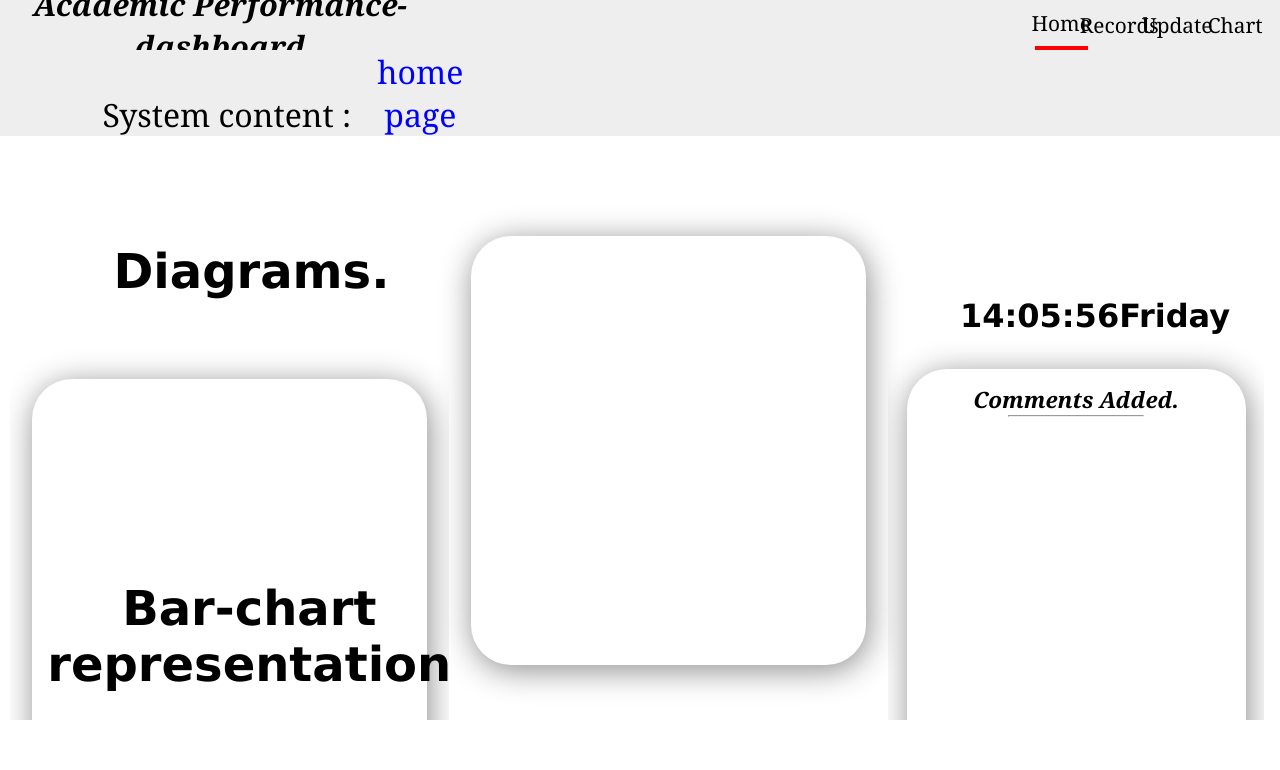
Repository: 3x3cu7er/Shax_001
Page: http://localhost/xmain/
The author's editor kept a copy of each file at every save. The page is drawn from the files as they stood at one save, then again after the next save.
The browser window is 1280 px wide. The pictures show the whole page.
An inner scrolling area shows only its first screen. The page is served by the project's application, run on Django 4.2 (manage.py). Other server files are loaded and not shown.

Above is the page before, as saved 2024-01-19 18:05:50.
Console error (its wording comes from the project's code and is left out).

### _3x3c47er_Sino_sys/template/xmain.html
{% load static %}
<!DOCTYPE html>
<html lang="en">
  <head>
    <meta charset="UTF-8" />
    <meta name="viewport" content="width=device-width, initial-scale=1.0" />
    <title>...</title>
    <link rel="stylesheet" href="{% static '/css/xmain.css'%}" />
  </head>
  <body>
    <div class="container">
      <!-- navigation system -->
      <div class="nav">
        <div class="logo">
          <h5>Academic Performance-dashboard</h5>
          <a class="loc">show menu</a>
        </div>

        <div class="links">
          <a href="{% url 'xlanding'%}" class="under">Home</a>
          <a href="{% url 'temp_access_student'%}">Records</a>
          <a href="{% url 'xupdate'%}">Update</a>
          <a href="#later">Chart</a>
        </div>
      </div>
      <div class="elements">
        <a href="{% url 'xlanding'%}" class="under">Home</a>
        <a href="{% url 'temp_access_student'%}">Records</a>
        <a href="{% url 'xupdate'%}">Update</a>
        <a href="#later">Alerts</a>
      </div>
      <!-- platforms -->
      <div class="label">
        <h1>
          <p>System content :</p>
        </h1>
      </div>

      <div class="platforms">
        <!-- top section -->

        <div class="section" class="elements">
          <!-- right -->
          <div class="rigthSide">
            <div class="flex">
              <h4>Diagrams.</h4>
              <div class="data">
                <div class="graph">
                  <canvas id="net"></canvas>
                  <h4>Bar-chart representation</h4>
                </div>
              </div>
              <div class="data">
                <canvas id="tracking"></canvas>
              </div>
            </div>
          </div>
          <!-- middle -->
          <div class="middleContent">
            <div class="data" id="top">
              <div class="graph">
                <canvas id="pie"></canvas>
              </div>
            </div>
            <div class="data" id="bottom">
              <div class="graph">
                <canvas id="scatter"></canvas>
              </div>
            </div>
          </div>
          <!-- left -->

          <div class="leftSide">
            <div class="time">
              <h4>
                <span class="hr">00</span>:<span class="min">00</span>:<span
                  class="sec"
                  >00 :</span
                >
              </h4>

              <h4 class="dy">day</h4>
            </div>
            <div class="data" id="comments">
              <h4>Comments Added.</h4>
              <hr />

              {% for content in comment%}
              <li class="id">
                <ol>
                  <div class="sub">{{content}}</div>
                </ol>
              </li>
              {%endfor%}
            </div>
          </div>
        </div>
        <div class="context">
          <div class="subCOntext">
            <div class="scroll">
              <!-- {% for item in sh%}
              <ul>
                {{item}}
              </ul>
              <br /><br />
              {%endfor%} -->
              <div class="part">
                <img src="/static/css/icons/spy.svg" alt="" />
                <h3>User -Summary.</h3>

                <hr />
                <h4>Total datasets : <span>{{tcourse}}</span></h4>
                <h4>
                  The plt<sub>id</sub> corresponds to the recordID in the corses
                  undertaken.
                </h4>
                <h4>
                  plt -<sup>-</sup>-<sub>-</sub> average performance for the
                  record.
                </h4>
              </div>
              <!-- <div class="part">
                <img src="/static/undraw_emails_re_cqen.svg" alt="" />
                <h3>Notification.</h3>
                <hr />
              </div> -->
              <div class="part">
                <img src="/static/css/icons/chart.svg" alt="" />
                <h3>Performance -Summary.</h3>
                <hr />
                <h4>Total score : <span>{{tcwa}}</span></h4>
                <h4>Your status : <span>{{com}}</span></h4>
              </div>
            </div>
          </div>
        </div>
        <div class="design">
          <div class="">
            <img src="/static/css/icons/academic.svg" alt="" />
            <h1>Records.</h1>
          </div>
          <div class="">
            <img src="/static/css/icons/main2.svg" alt="" />
            <h1>Predictions.</h1>
          </div>
        </div>
        <!-- student details -->
        <div class="section" id="details">
          <div class="details">
            <h4>Courses Undertaken</h4>
            <hr />
            <div class="table">
              <div class="thead">
                <div class="name">Record-ID</div>
                <div class="name">Course</div>
                <div class="name">Refrence</div>
                <div class="name">CWA</div>
              </div>

              {%for rec in record%}
              <div class="value">
                <h5>{{rec.recordID}}</h5>
                <h5>{{rec.course}}</h5>
                <h5>{{rec.reference}}</h5>
                <h5>{{rec.cwa}}</h5>
              </div>
              {%endfor%}

              <!-- <div class="all">

                <li>{{rec.semester}}</li>

              </div> -->
            </div>
          </div>
          <div class="details">
            <h4>Predictions for the student.</h4>
            <hr />

            <div class="prediction">
              <h5>{{predicted_score}}</h5>
              <h5>Total AVERAGE score :{{average}}<span>%</span>.</h5>

              <h5>Student would have :{{recommendation}} performance.</h5>
            </div>
            <!-- <div class="form">
              <h2>Comment Form</h2>
              <hr />
              <form action="" method="post">
                {% csrf_token %}
                <div class="formItem">
                  <label for="">Content ID :</label>
                  <input type="text" name="comID" placeholder="I D.." />
                </div>
                <div class="formItem">
                  <label for="">Label:</label>
                  <input type="text" name="label" placeholder="give label.." />
                </div>
                <div class="formItem">
                  <label for="">Main content :</label>
                  <textarea
                    name="message"
                    placeholder="Write to add to content."
                    id="writings"
                  ></textarea>
                </div>
                <div class="formItem">
                  <input type="submit" value="Add content" />
                </div>
              </form>
            </div> -->
          </div>
        </div>
        <!-- later -->
        <!-- <div class="search">
          <form action="" method="get">
            {% csrf_token %}
            <input
              type="text"
              placeholder="level.."
              name="request"
              id="search"
            />
            <input
              type="text"
              placeholder="semester.."
              name="semReq"
              id="search"
            />
            <input type="submit" value="Check" name="searchBtn" id="btn" />
          </form>
        </div> -->
        <div class="formContainer">
          <h1>Enter your user ID..</h1>
          <div class="search">
            <form action="" method="get">
              {% csrf_token %}
              <input
                type="text"
                placeholder="Student's  ID.."
                name="search"
                id="search"
              />
              <input type="submit" value="Check" name="searchBtn" id="btn" />
            </form>
          </div>
        </div>
        <div class="design">
          <div class="">
            <img src="/static/css/icons/analytics.svg" alt="" />
            <h1>Performance tracking.</h1>
            <hr />
          </div>
        </div>
        <div class="section" id="later">
          <!-- graph page -->
          <div class="graph">
            <canvas id="dataRep"></canvas>
          </div>
        </div>
      </div>
    </div>
    <script src="{% static '/js/time1.js'%}"></script>
    <script src="https://cdn.jsdelivr.net/npm/chart.js"></script>
    <script>
      const ctx = document.getElementById("dataRep");
      const pie = document.getElementById("pie");
      const scatter = document.getElementById("scatter");
      const tracking = document.getElementById("tracking");
      const net = document.getElementById("net");
      //pl1 = JSON.parse("{{pl1|escapejs}}");
      //pl2 = JSON.parse("{{fs2|escapejs}}");
      //ss1 = JSON.parse("{{ss1|escapejs}}");
      //ss2 = JSON.parse("{{ss2|escapejs}}");
      //ts1 = JSON.parse("{{ts1|escapejs}}");
      //ts2 = JSON.parse("{{ts2|escapejs}}");
      //fors1 = JSON.parse("{{fors1|escapejs}}");
      //fors2 = JSON.parse("{{fors2|escapejs}}");
      graphData = JSON.parse("{{graphData|escapejs}}");
      graphData1 = JSON.parse("{{graphData1|escapejs}}");
      const loca = document.querySelector(".loc");
      const elements = document.querySelector(".elements");

      // ########################
      loca.addEventListener("click", function () {
        elements.style.display = "block";
      });

      //line chart
      new Chart(ctx, {
        type: "line",
        data: {
          labels: [
            "plt1",
            "plt2",
            "plt3",
            "plt4",
            "plt5",
            "plt6",
            "plt7",
            "plt8",
            "plt9",
            "plt10",
            "plt11",
            "plt12",
            "plt13",
            "plt14",
            "plt15",
            "plt16",
            "plt17",
            "plt18",
            "plt19",
            "plt20",
            "plt21",
            "plt22",
            "plt23",
            "plt24",
            "plt25",
            "plt26",
            "plt27",
            "plt28",
            "plt29",
            "plt30",
            "plt31",
            "plt32",
            "plt33",
            "plt34",
            "plt35",
            "plt36",
            "plt37",
            "plt38",
            "plt39",
            "plt40",
            "plt41",
            "plt42",
            "plt43",
            "plt44",
            "plt45",
            "plt46",
            "plt47",
            "plt48",
            "plt49",
            "plt50",
            "plt51",
            "plt52",
            "plt53",
            "plt54",
            "plt55",
            "plt56",
            "plt57",
            "plt58",
            "plt59",
            "plt60",
          ],
          datasets: [
            {
              label: "Performance rate.",
              data: graphData,
              borderWidth: 1,
            },
          ],
        },
        options: {
          scales: {
            y: {
              beginAtZero: true,
            },
          },
        },
      });
      //net chart
      new Chart(net, {
        type: "bar",
        data: {
          labels: [
            "plt1",
            "plt2",
            "plt3",
            "plt4",
            "plt5",
            "plt6",
            "plt7",
            "plt8",
            "plt9",
            "plt10",
            "plt11",
            "plt12",
            "plt13",
            "plt14",
            "plt15",
            "plt16",
            "plt17",
            "plt18",
            "plt19",
            "plt20",
            "plt21",
            "plt22",
            "plt23",
            "plt24",
            "plt25",
            "plt26",
            "plt27",
            "plt28",
            "plt29",
            "plt30",
            "plt31",
            "plt32",
            "plt33",
            "plt34",
            "plt35",
            "plt36",
            "plt37",
            "plt38",
            "plt39",
            "plt40",
            "plt41",
            "plt42",
            "plt43",
            "plt44",
            "plt45",
            "plt46",
            "plt47",
            "plt48",
            "plt49",
            "plt50",
            "plt51",
            "plt52",
            "plt53",
            "plt54",
            "plt55",
            "plt56",
            "plt57",
            "plt58",
            "plt59",
            "plt60",
          ],
          datasets: [
            {
              label: "Performance rate.",
              data: graphData,
              borderWidth: 1,
            },
          ],
        },
        options: {
          scales: {
            y: {
              beginAtZero: true,
            },
          },
        },
      });
      //tracking chart
      new Chart(tracking, {
        type: "polarArea",
        data: {
          labels: [
            "plt1",
            "plt2",
            "plt3",
            "plt4",
            "plt5",
            "plt6",
            "plt7",
            "plt8",
            "plt9",
            "plt10",
            "plt11",
            "plt12",
            "plt13",
            "plt14",
            "plt15",
            "plt16",
            "plt17",
            "plt18",
            "plt19",
            "plt20",
            "plt21",
            "plt22",
            "plt23",
            "plt24",
            "plt25",
            "plt26",
            "plt27",
            "plt28",
            "plt29",
            "plt30",
            "plt31",
            "plt32",
            "plt33",
            "plt34",
            "plt35",
            "plt36",
            "plt37",
            "plt38",
            "plt39",
            "plt40",
            "plt41",
            "plt42",
            "plt43",
            "plt44",
            "plt45",
            "plt46",
            "plt47",
            "plt48",
            "plt49",
            "plt50",
            "plt51",
            "plt52",
            "plt53",
            "plt54",
            "plt55",
            "plt56",
            "plt57",
            "plt58",
            "plt59",
            "plt60",
          ],
          datasets: [
            {
              label: "Tracking",
              data: graphData,
              borderWidth: 1,
            },
          ],
        },
        options: {
          scales: {
            y: {
              beginAtZero: true,
            },
          },
        },
      });
      //pie
      new Chart(pie, {
        type: "doughnut",
        data: {
          labels: [
            "plt1",
            "plt2",
            "plt3",
            "plt4",
            "plt5",
            "plt6",
            "plt7",
            "plt8",
            "plt9",
            "plt10",
            "plt11",
            "plt12",
            "plt13",
            "plt14",
            "plt15",
            "plt16",
            "plt17",
            "plt18",
            "plt19",
            "plt20",
            "plt21",
            "plt22",
            "plt23",
            "plt24",
            "plt25",
            "plt26",
            "plt27",
            "plt28",
            "plt29",
            "plt30",
            "plt31",
            "plt32",
            "plt33",
            "plt34",
            "plt35",
            "plt36",
            "plt37",
            "plt38",
            "plt39",
            "plt40",
            "plt41",
            "plt42",
            "plt43",
            "plt44",
            "plt45",
            "plt46",
            "plt47",
            "plt48",
            "plt49",
            "plt50",
            "plt51",
            "plt52",
            "plt53",
            "plt54",
            "plt55",
            "plt56",
            "plt57",
            "plt58",
            "plt59",
            "plt60",
          ],
          datasets: [
            {
              label: "Oval display.",
              data: graphData,
              borderWidth: 1,
            },
          ],
        },
        options: {
          scales: {
            y: {
              beginAtZero: true,
            },
          },
        },
      });
      //scatter plot
      new Chart(scatter, {
        type: "scatter",
        data: {
          labels: [
            "plt1",
            "plt2",
            "plt3",
            "plt4",
            "plt5",
            "plt6",
            "plt7",
            "plt8",
            "plt9",
            "plt10",
            "plt11",
            "plt12",
            "plt13",
            "plt14",
            "plt15",
            "plt16",
            "plt17",
            "plt18",
            "plt19",
            "plt20",
            "plt21",
            "plt22",
            "plt23",
            "plt24",
            "plt25",
            "plt26",
            "plt27",
            "plt28",
            "plt29",
            "plt30",
            "plt31",
            "plt32",
            "plt33",
            "plt34",
            "plt35",
            "plt36",
            "plt37",
            "plt38",
            "plt39",
            "plt40",
            "plt41",
            "plt42",
            "plt43",
            "plt44",
            "plt45",
            "plt46",
            "plt47",
            "plt48",
            "plt49",
            "plt50",
            "plt51",
            "plt52",
            "plt53",
            "plt54",
            "plt55",
            "plt56",
            "plt57",
            "plt58",
            "plt59",
            "plt60",
          ],
          datasets: [
            {
              label: "Scattered display.",
              data: graphData,
              borderWidth: 1,
            },
          ],
        },
        options: {
          scales: {
            y: {
              beginAtZero: true,
            },
          },
        },
      });
    </script>
  </body>
</html>

### _3x3c47er_Sino_sys/_hadez_/views.py
from django.shortcuts import render

# Create your views here.
# system navs


def x1(request):
    return render(request, "xterminal.html")


# system navs
def x2(request):
    return render(request, "xupdate.html")


# system navs
def x3(request):
    return render(request, "xbase.html")


# system navs
def x4(request):
    return render(request, "xmain.html")


# system navs
def x5(request):
    return render(request, "sys_manage.html")


# system navs
def x6(request):
    return render(request, "root_parent.html")


# system navs
def x7(request):
    return render(request, "dash_content_overview.html")


# system navs
def x8(request):

    # if request.method == 'POST':
    #     uname = '*****'
    #     addr = 'account@mail.com'
    #     refnum = '**********'
    #     commentRef = request.POST.get('comID')
    #     label = request.POST.get('label')
    #     message = request.POST.get('message')
    #     newComment = comments(commentID=commentRef, label=label, details=message)
    #     newComment.save()

    if request.method == 'GET':
        uname = '*****'
        addr = 'account@mail.com'
        refnum = '**********'
        ref = request.GET.get('search')
        # users = userCredentials.objects.all()
        # for userAccount in users:
        #     if str(userAccount.referenceNumber) == str(ref):
        #         print('yh..')
        #         uname = userAccount.uname
        #         addr = userAccount.Address
        #         refnum = userAccount.referenceNumber

    return render(request, 'xlanding.html', {'uname':uname, 'addr':addr, 'refnum':refnum})


# system navs
def x9(request):
    return render(request, "xhome.html")


# system navs
def x10(request):
    return render(request, "board_confg.html")


# system navs
def x11(request):
    return render(request, "temp_access_stud.html")


# system navs
def x12(request):
    return render(request, "xactive.html")


# system navs
def x13(request):
    return render(request, "xplatform.html")


# system navs
def x14(request):
    return render(request, "sys_major.html")

### _3x3c47er_Sino_sys/_3x3c47er_Sino_sys/urls.py
"""_3x3c47er_Sino_sys URL Configuration

The `urlpatterns` list routes URLs to views. For more information please see:
    https://docs.djangoproject.com/en/4.0/topics/http/urls/
Examples:
Function views
    1. Add an import:  from my_app import views
    2. Add a URL to urlpatterns:  path('', views.home, name='home')
Class-based views
    1. Add an import:  from other_app.views import Home
    2. Add a URL to urlpatterns:  path('', Home.as_view(), name='home')
Including another URLconf
    1. Import the include() function: from django.urls import include, path
    2. Add a URL to urlpatterns:  path('blog/', include('blog.urls'))
"""
from django.contrib import admin
from django.urls import path, include

urlpatterns = [
    path('admin/', admin.site.urls),
    path("", include("_hadez_.urls")),
    path("xterminal/", include("_hadez_.urls")),
    path('main/', include('_hadez_.urls')),
    path('update-my-data/', include('_hadez_.urls')),
    path('records/', include('_hadez_.urls')),
    path('menu/', include('_hadez_.urls')),
    path('monitor/', include('_hadez_.urls')),
    path('platform/', include('_hadez_.urls')),
]

### _3x3c47er_Sino_sys/_hadez_/urls.py
from django.urls import path
from . import views
urlpatterns = [
    path("", views.x1, name="xterminal"),
    path("xterminal/", views.x1, name="xterminal"),
    path("xupdate/", views.x2, name="xupdate"),
    path("xbase/", views.x3, name="xbase"),
    path("xmain/", views.x4, name="xmain"),
    path("sys_manage/", views.x5, name="sys_manage"),
    path("root_parent/", views.x6, name="root_parent"),
    path("dash_content_overview/", views.x7, name="dash_content_overview"),
    path("xlanding/", views.x8, name="xlanding"),
    path("xhome/", views.x9, name="xhome"),
    path("board_confg/", views.x10 , name="board_confg"),
    path("temp_access_student/", views.x11 , name="temp_access_student"),
    path("xactive/", views.x12 , name="xactive"),
    path("xplatform/", views.x13 , name="xplatform"),
    path("sys_major/", views.x14 , name="sys_major"),
]

Loaded but not shown: _3x3c47er_Sino_sys/static/css/icons/academic.svg (1 lines, source omitted); _3x3c47er_Sino_sys/static/css/icons/chart.svg (1 lines, source omitted); _3x3c47er_Sino_sys/static/css/icons/analytics.svg (1 lines, source omitted); _3x3c47er_Sino_sys/static/css/icons/main2.svg (1 lines, source omitted); _3x3c47er_Sino_sys/static/css/icons/spy.svg (1 lines, source omitted); _3x3c47er_Sino_sys/static/js/time1.js (52 lines, source omitted); _3x3c47er_Sino_sys/static/css/xmain.css (930 lines, source omitted)

After the next save:
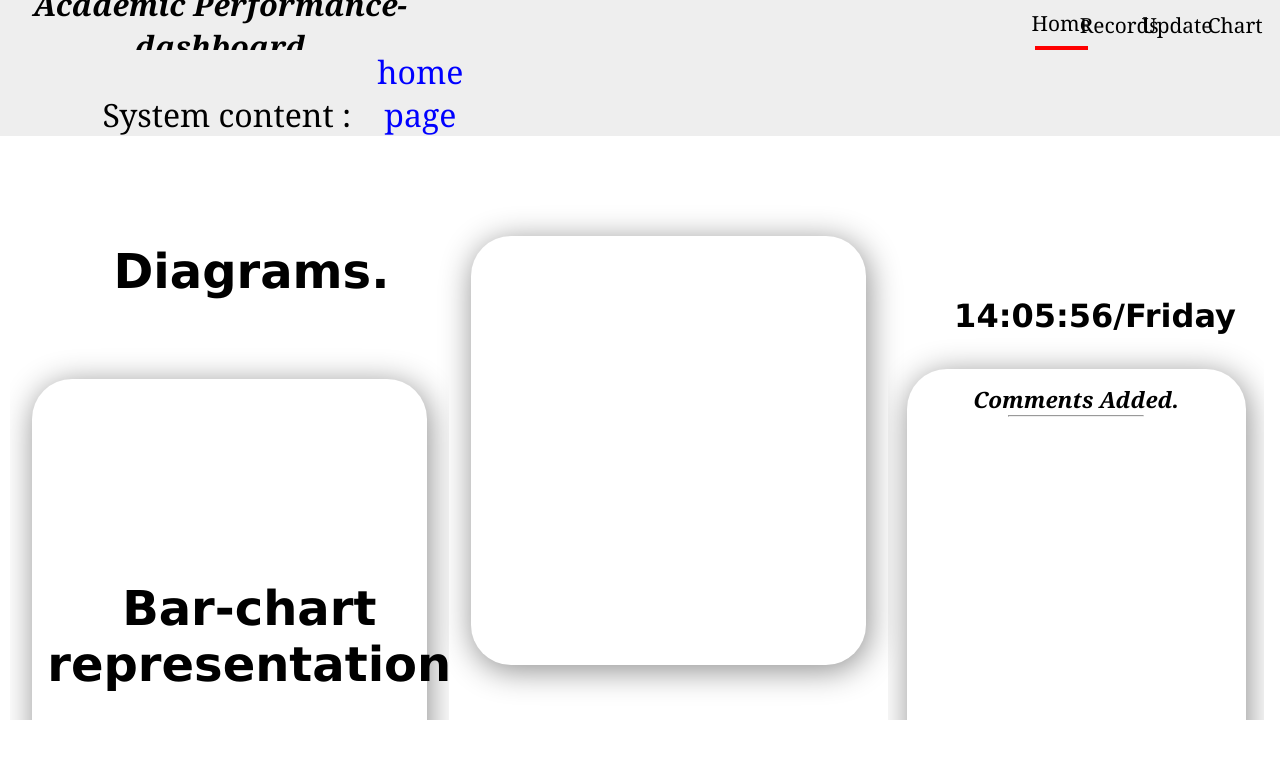
Saved 114 s later.
--- a/_3x3c47er_Sino_sys/template/xmain.html
+++ b/_3x3c47er_Sino_sys/template/xmain.html
@@ -75,10 +75,10 @@
               <h4>
                 <span class="hr">00</span>:<span class="min">00</span>:<span
                   class="sec"
-                  >00 :</span
-                >
+                  >00</span
+                >/
               </h4>
-
+              <br />
               <h4 class="dy">day</h4>
             </div>
             <div class="data" id="comments">
